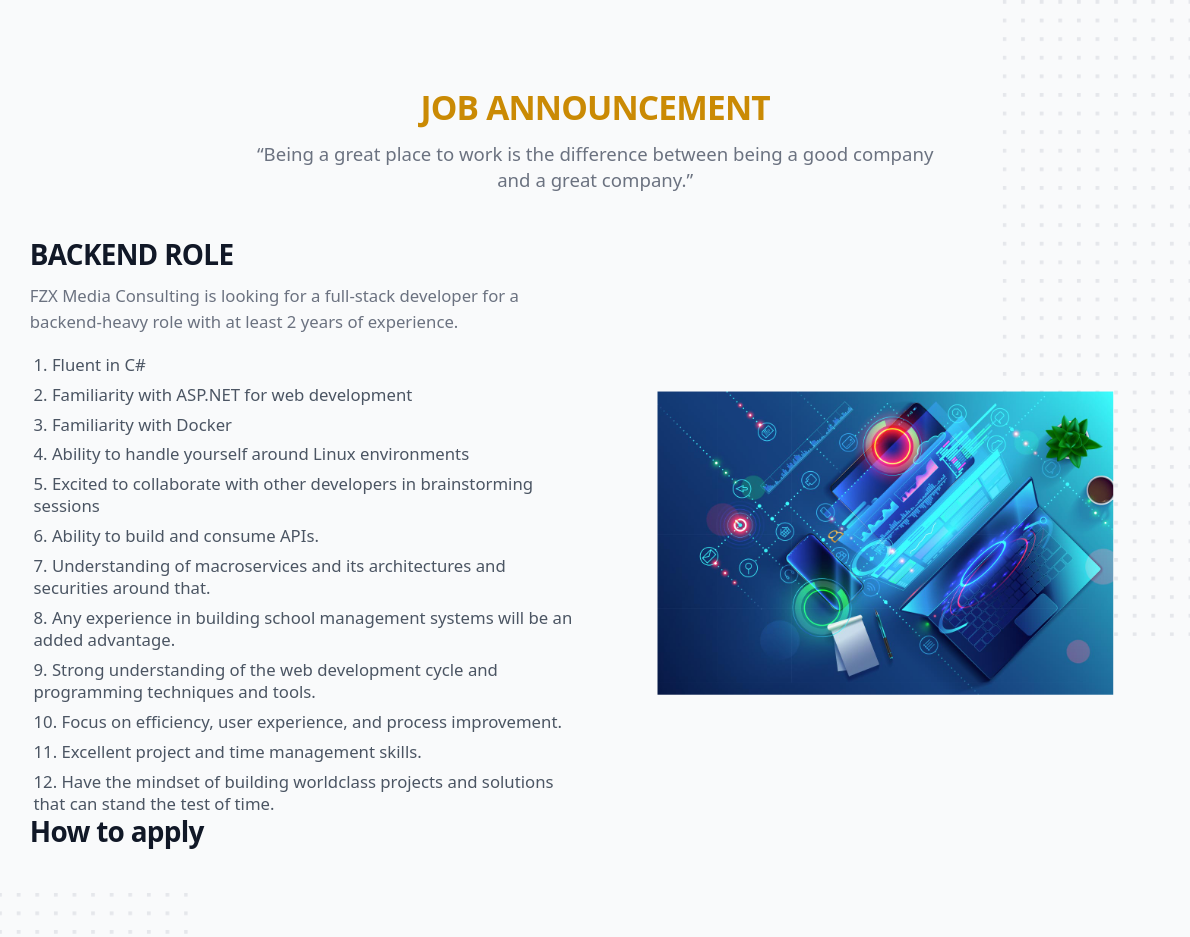
Repository: emorilebo/invotec
Page: /jobs
An editor plug-in stored every save of this project. The page is shown before and after a run of saves, followed by the edit.
The browser window is 1280 px wide. The pictures show the whole page, at 93% of full size.
The project was rebuilt for these pictures with package versions that can differ from the ones it lists, and the page was loaded fresh each time. The framework's server and built-in components were replaced by stand-ins that run in the browser. Also part of the build but not shown: next.config.js.

Above is the page before, as saved 2022-12-07 11:33:24.

After the next 2 saves:
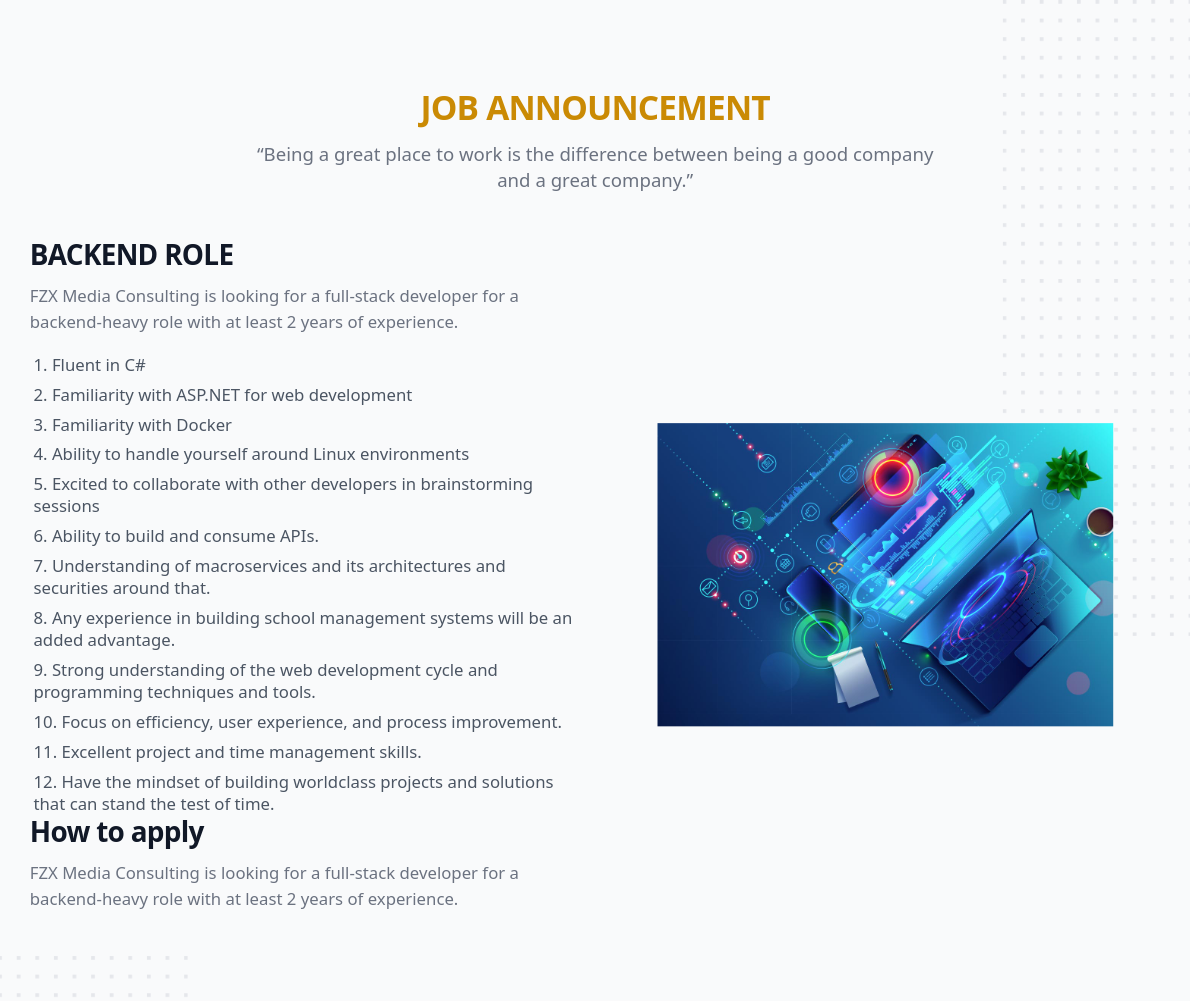
The 2 saves are shown as one change because they came seconds apart.
The last was saved 17 s later.
--- a/pages/jobs.tsx
+++ b/pages/jobs.tsx
@@ -184,6 +184,11 @@ function jobs() {
             <h3 className="text-2xl font-bold tracking-tight text-gray-900 sm:text-3xl">
               How to apply
             </h3>
+            <p className="mt-3 text-lg text-gray-500">
+              FZX Media Consulting is looking for a full-stack developer for a
+              backend-heavy role with at least 2 years of experience.
+            </p>
+
           </div>
 
           <div className="relative -mx-4 mt-10 lg:mt-0" aria-hidden="true">
